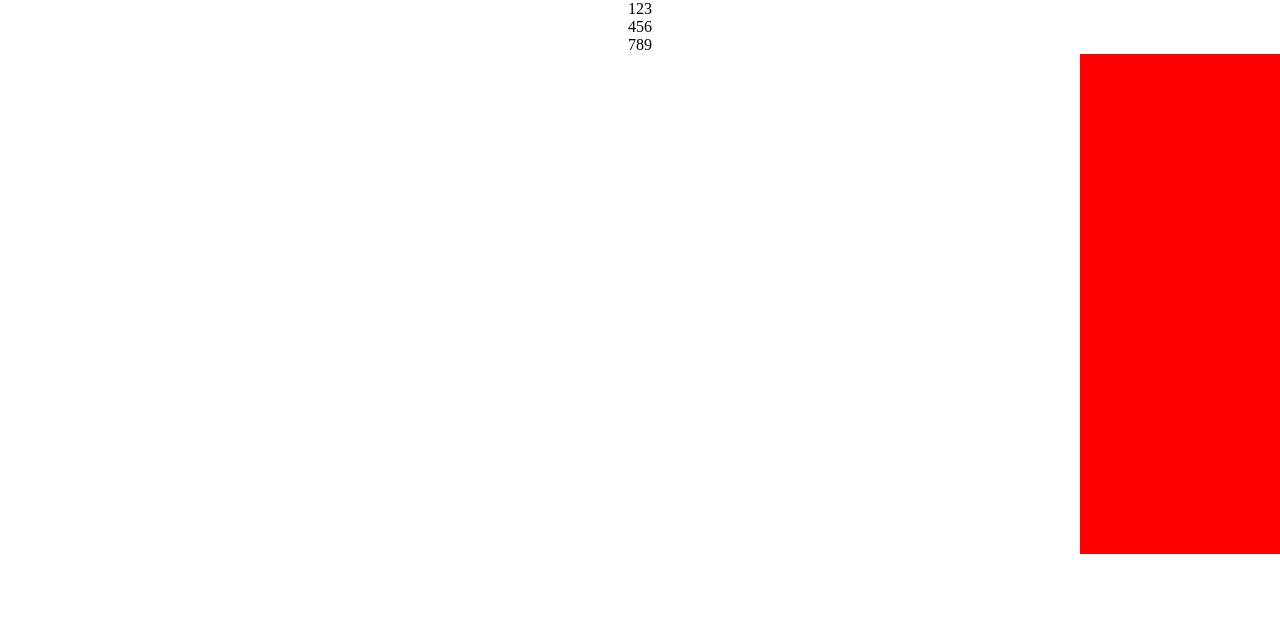
Repository: jinggegeZ/cnode
Page: /
The author's editor kept a copy of each file at every save. The page is drawn from the files as they stood at one save, then again after the next save.
The browser window is 1280 px wide. The pictures show the whole page.
The project was rebuilt for these pictures with package versions that can differ from the ones it lists, and the page was loaded fresh each time.

Above is the page before, as saved 2020-06-04 18:49:39.

After the next save:
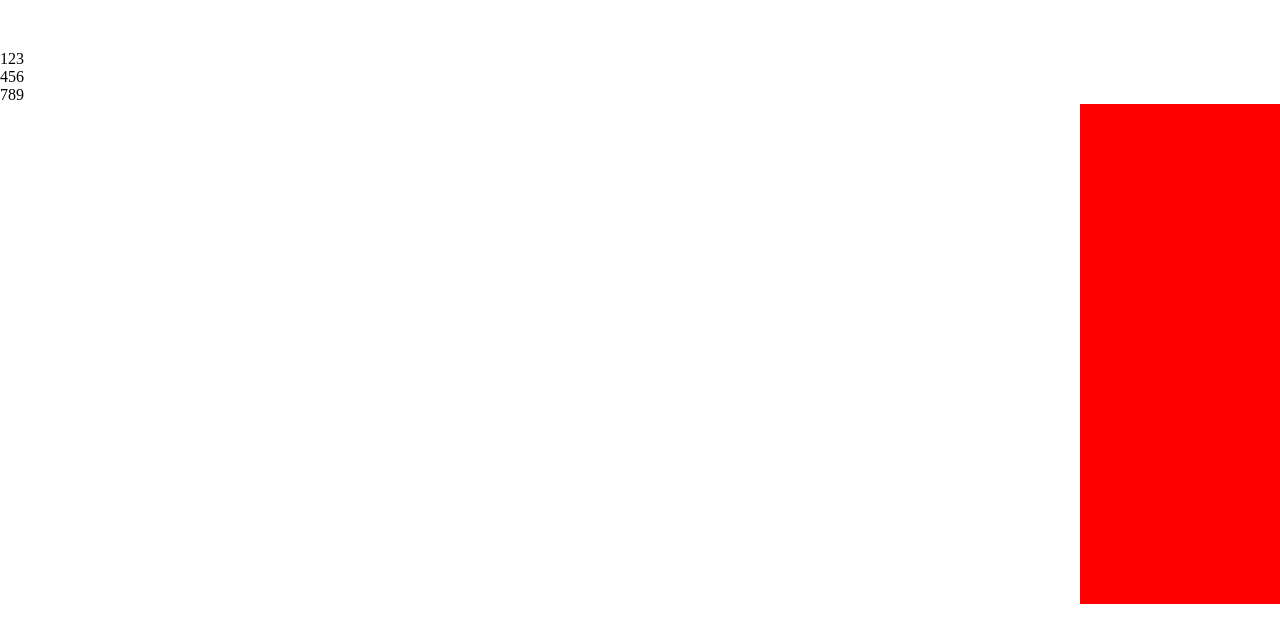
Saved 27 s later.
--- a/src/views/layout1/layout.vue
+++ b/src/views/layout1/layout.vue
@@ -52,9 +52,10 @@
 <style scoped>
     .container {
         width: 100%;
+    }
+    .top {
         display: flex;
         justify-content: center;
-
     }
     .t-head {
         max-width: 1400px;
